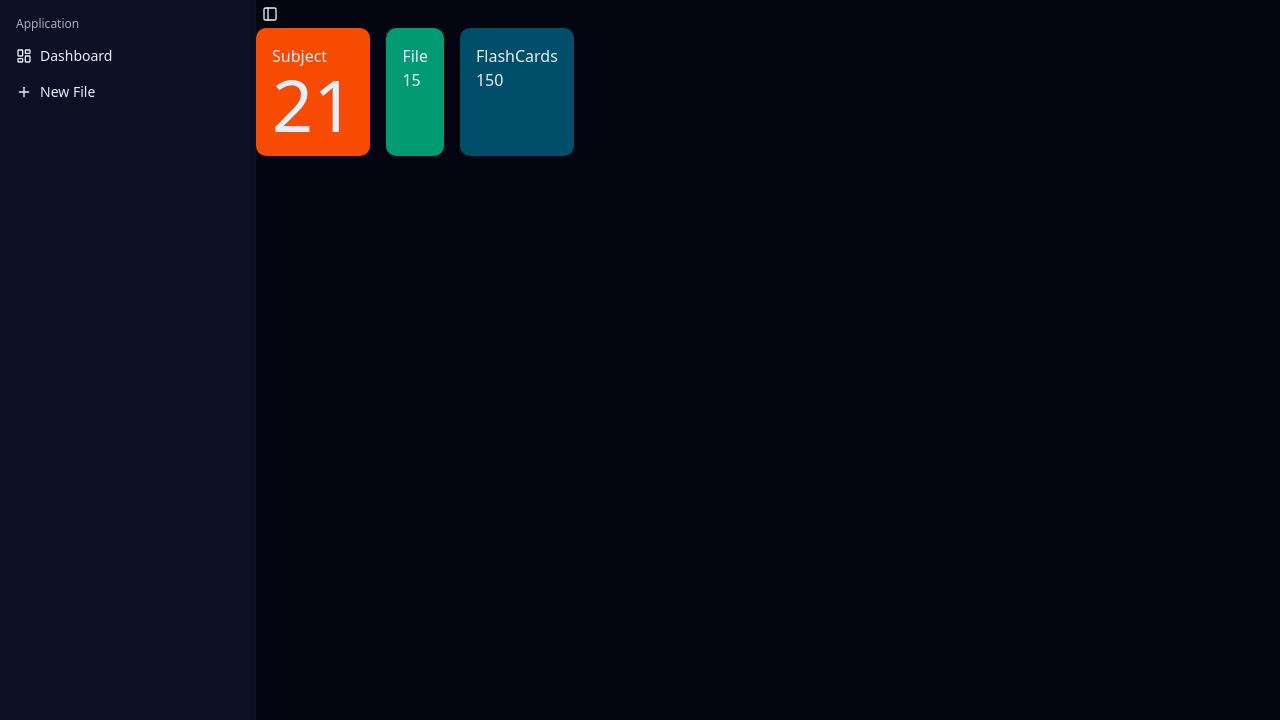
Repository: SywarDer/Student-Assistance
Page: /dashboard (app in student-assistant/)
An editor plug-in stored every save of this project. The page is shown before and after the next save, followed by the edit.
The browser window is 1280 px wide. The pictures show the whole page.
The project was rebuilt for these pictures with package versions that can differ from the ones it lists, and the page was loaded fresh each time. The framework's server and built-in components were replaced by stand-ins that run in the browser. Also part of the build but not shown: student-assistant/next.config.ts, student-assistant/components/ui/input.tsx, student-assistant/components/ui/separator.tsx, student-assistant/components/ui/skeleton.tsx. Imported but missing from the stored project, and not drawn on this page: student-assistant/components/ui/sheet.

Above is the page before, as saved 2025-10-30 19:54:04.

### student-assistant/app/layout.tsx
import type { Metadata } from "next";
import { Geist, Geist_Mono } from "next/font/google";
import "./globals.css";
import { SidebarProvider, SidebarTrigger } from "@/components/ui/sidebar";
import { AppSidebar } from "./home/components/navBar";

const geistSans = Geist({
  variable: "--font-geist-sans",
  subsets: ["latin"],
});

const geistMono = Geist_Mono({
  variable: "--font-geist-mono",
  subsets: ["latin"],
});

export const metadata: Metadata = {
  title: "Create Next App",
  description: "Generated by create next app",
};

export default function RootLayout({
children,
}: Readonly<{
  children: React.ReactNode;
}>) {
  return (
    <html lang="en">
      <body
        className={`${geistSans.variable} ${geistMono.variable} antialiased`}
      >
        <SidebarProvider>
      <AppSidebar />
      <main>
        <SidebarTrigger />
        {children}
         </main>
    </SidebarProvider>
      </body>
    </html>
  );
}

### student-assistant/app/dashboard/page.tsx
export default function Dashboard() {
    return (

        <div className="flex space-x-4">
            <div className="rounded-lg p-4" style={{
                backgroundColor: "var(--chart-1)",
                color: "var(--card-foreground)",
            }}>
                <h1 className="">Subject</h1>
                <h1 className="text-7xl">21</h1>
            </div>
            <div className="rounded-lg p-4" style={{
                backgroundColor: "var(--chart-2)",
                color: "var(--card-foreground)",
            }}>
                <h1>File</h1>
                <h1>15</h1>
            </div>
            <div className="rounded-lg p-4" style={{
                backgroundColor: "var(--chart-3)",
                color: "var(--card-foreground)",
            }}>
                <h1>FlashCards</h1>
                <h1>150</h1>
            </div>
        </div>

    )
}

### student-assistant/app/globals.css
@import "tailwindcss";
@import "tw-animate-css";

@custom-variant dark (&:is(.dark *));

@theme inline {
  --color-background: var(--background);
  --color-foreground: var(--foreground);
  --font-sans: var(--font-geist-sans);
  --font-mono: var(--font-geist-mono);
  --color-sidebar-ring: var(--sidebar-ring);
  --color-sidebar-border: var(--sidebar-border);
  --color-sidebar-accent-foreground: var(--sidebar-accent-foreground);
  --color-sidebar-accent: var(--sidebar-accent);
  --color-sidebar-primary-foreground: var(--sidebar-primary-foreground);
  --color-sidebar-primary: var(--sidebar-primary);
  --color-sidebar-foreground: var(--sidebar-foreground);
  --color-sidebar: var(--sidebar);
  --color-chart-5: var(--chart-5);
  --color-chart-4: var(--chart-4);
  --color-chart-3: var(--chart-3);
  --color-chart-2: var(--chart-2);
  --color-chart-1: var(--chart-1);
  --color-ring: var(--ring);
  --color-input: var(--input);
  --color-border: var(--border);
  --color-destructive: var(--destructive);
  --color-accent-foreground: var(--accent-foreground);
  --color-accent: var(--accent);
  --color-muted-foreground: var(--muted-foreground);
  --color-muted: var(--muted);
  --color-secondary-foreground: var(--secondary-foreground);
  --color-secondary: var(--secondary);
  --color-primary-foreground: var(--primary-foreground);
  --color-primary: var(--primary);
  --color-popover-foreground: var(--popover-foreground);
  --color-popover: var(--popover);
  --color-card-foreground: var(--card-foreground);
  --color-card: var(--card);
  --radius-sm: calc(var(--radius) - 4px);
  --radius-md: calc(var(--radius) - 2px);
  --radius-lg: var(--radius);
  --radius-xl: calc(var(--radius) + 4px);
}

:root {
  --radius: 0.625rem;

  /* Base dark background & text */
  --background: oklch(0.12 0.03 270);        /* Dark gray-blue */
  --foreground: oklch(0.95 0.02 260);        /* Soft white */

  /* Cards & popovers */
  --card: oklch(0.18 0.04 270);              /* Slightly lighter than background */
  --card-foreground: var(--foreground);
  --popover: oklch(0.18 0.04 270);
  --popover-foreground: var(--foreground);

  /* Primary & secondary */
  --primary: oklch(0.6 0.12 260);            /* Deep blue */
  --primary-foreground: var(--foreground);
  --secondary: oklch(0.45 0.08 280);         /* Soft purple */
  --secondary-foreground: var(--foreground);

  /* Muted & accents */
  --muted: oklch(0.2 0.03 270);
  --muted-foreground: oklch(0.7 0.02 260);
  --accent: oklch(0.65 0.15 350);            /* Magenta/pinkish accent */
  --accent-foreground: var(--foreground);

  /* Destructive actions */
  --destructive: oklch(0.6 0.25 30);         /* Dark red */
  --border: oklch(0.3 0.02 270 / 40%);
  --input: oklch(0.15 0.03 270);             /* Slightly darker than card */
  --ring: oklch(0.5 0.03 270);

  /* Charts */
  --chart-1: oklch(0.65 0.22 40);
  --chart-2: oklch(0.6 0.15 170);
  --chart-3: oklch(0.4 0.08 230);
  --chart-4: oklch(0.6 0.18 300);
  --chart-5: oklch(0.55 0.2 50);

  /* Sidebar */
  --sidebar: oklch(0.18 0.04 270);
  --sidebar-foreground: var(--foreground);
  --sidebar-primary: var(--primary);
  --sidebar-primary-foreground: var(--foreground);
  --sidebar-accent: var(--accent);
  --sidebar-accent-foreground: var(--foreground);
  --sidebar-border: oklch(0.3 0.02 270 / 40%);
  --sidebar-ring: oklch(0.5 0.03 270);
}

/* Optional light mode toggle */
.light {
  --background: oklch(0.98 0.02 260);       /* Light gray */
  --foreground: oklch(0.12 0.03 270);       /* Dark text */

  --card: oklch(0.99 0.03 260);
  --card-foreground: var(--foreground);
  --popover: oklch(0.99 0.03 260);
  --popover-foreground: var(--foreground);

  --primary: oklch(0.2 0.05 260);
  --primary-foreground: var(--foreground);
  --secondary: oklch(0.5 0.1 280);
  --secondary-foreground: var(--foreground);

  --muted: oklch(0.85 0.03 270);
  --muted-foreground: oklch(0.35 0.02 260);
  --accent: oklch(0.8 0.2 350);
  --accent-foreground: var(--foreground);

  --destructive: oklch(0.9 0.25 30);
  --border: oklch(0.8 0.02 270 / 30%);
  --input: oklch(0.95 0.03 260);
  --ring: oklch(0.7 0.03 270);

  --chart-1: oklch(0.65 0.22 40);
  --chart-2: oklch(0.6 0.15 170);
  --chart-3: oklch(0.4 0.08 230);
  --chart-4: oklch(0.6 0.18 300);
  --chart-5: oklch(0.55 0.2 50);

  --sidebar: oklch(0.95 0.03 260);
  --sidebar-foreground: var(--foreground);
  --sidebar-primary: var(--primary);
  --sidebar-primary-foreground: var(--foreground);
  --sidebar-accent: var(--accent);
  --sidebar-accent-foreground: var(--foreground);
  --sidebar-border: oklch(0.8 0.02 270 / 30%);
  --sidebar-ring: oklch(0.7 0.03 270);
}



@layer base {
  * {
    @apply border-border outline-ring/50;
  }
  body {
    @apply bg-background text-foreground;
  }
}

### student-assistant/app/home/components/navBar.tsx
import { Calendar, Home, Inbox, LayoutDashboardIcon, PlusIcon, Search, Settings } from "lucide-react"

import {
  Sidebar,
  SidebarContent,
  SidebarGroup,
  SidebarGroupContent,
  SidebarGroupLabel,
  SidebarMenu,
  SidebarMenuButton,
  SidebarMenuItem,
} from "@/components/ui/sidebar"


const items = [
  {
    title: "Dashboard",
    url: "/dashboard",
    icon: LayoutDashboardIcon,
  },
  {
    title: "New File",
    url: "/new-file",
    icon: PlusIcon,
  },

]

export function AppSidebar() {
  return (
    <Sidebar>
      <SidebarContent>
        <SidebarGroup>
          <SidebarGroupLabel>Application</SidebarGroupLabel>
          <SidebarGroupContent>
            <SidebarMenu>
              {items.map((item) => (
                <SidebarMenuItem key={item.title}>
                  <SidebarMenuButton asChild>
                    <a href={item.url}>
                      <item.icon />
                      <span>{item.title}</span>
                    </a>
                  </SidebarMenuButton>
                </SidebarMenuItem>
              ))}
            </SidebarMenu>
          </SidebarGroupContent>
        </SidebarGroup>
      </SidebarContent>
    </Sidebar>
  )
}

### student-assistant/components/ui/button.tsx
import * as React from "react"
import { Slot } from "@radix-ui/react-slot"
import { cva, type VariantProps } from "class-variance-authority"

import { cn } from "@/lib/utils"

const buttonVariants = cva(
  "inline-flex items-center justify-center gap-2 whitespace-nowrap rounded-md text-sm font-medium transition-all disabled:pointer-events-none disabled:opacity-50 [&_svg]:pointer-events-none [&_svg:not([class*='size-'])]:size-4 shrink-0 [&_svg]:shrink-0 outline-none focus-visible:border-ring focus-visible:ring-ring/50 focus-visible:ring-[3px] aria-invalid:ring-destructive/20 dark:aria-invalid:ring-destructive/40 aria-invalid:border-destructive",
  {
    variants: {
      variant: {
        default: "bg-primary text-primary-foreground hover:bg-primary/90",
        destructive:
          "bg-destructive text-white hover:bg-destructive/90 focus-visible:ring-destructive/20 dark:focus-visible:ring-destructive/40 dark:bg-destructive/60",
        outline:
          "border bg-background shadow-xs hover:bg-accent hover:text-accent-foreground dark:bg-input/30 dark:border-input dark:hover:bg-input/50",
        secondary:
          "bg-secondary text-secondary-foreground hover:bg-secondary/80",
        ghost:
          "hover:bg-accent hover:text-accent-foreground dark:hover:bg-accent/50",
        link: "text-primary underline-offset-4 hover:underline",
      },
      size: {
        default: "h-9 px-4 py-2 has-[>svg]:px-3",
        sm: "h-8 rounded-md gap-1.5 px-3 has-[>svg]:px-2.5",
        lg: "h-10 rounded-md px-6 has-[>svg]:px-4",
        icon: "size-9",
        "icon-sm": "size-8",
        "icon-lg": "size-10",
      },
    },
    defaultVariants: {
      variant: "default",
      size: "default",
    },
  }
)

function Button({
  className,
  variant,
  size,
  asChild = false,
  ...props
}: React.ComponentProps<"button"> &
  VariantProps<typeof buttonVariants> & {
    asChild?: boolean
  }) {
  const Comp = asChild ? Slot : "button"

  return (
    <Comp
      data-slot="button"
      className={cn(buttonVariants({ variant, size, className }))}
      {...props}
    />
  )
}

export { Button, buttonVariants }

### student-assistant/components/ui/tooltip.tsx
"use client"

import * as React from "react"
import * as TooltipPrimitive from "@radix-ui/react-tooltip"

import { cn } from "@/lib/utils"

function TooltipProvider({
  delayDuration = 0,
  ...props
}: React.ComponentProps<typeof TooltipPrimitive.Provider>) {
  return (
    <TooltipPrimitive.Provider
      data-slot="tooltip-provider"
      delayDuration={delayDuration}
      {...props}
    />
  )
}

function Tooltip({
  ...props
}: React.ComponentProps<typeof TooltipPrimitive.Root>) {
  return (
    <TooltipProvider>
      <TooltipPrimitive.Root data-slot="tooltip" {...props} />
    </TooltipProvider>
  )
}

function TooltipTrigger({
  ...props
}: React.ComponentProps<typeof TooltipPrimitive.Trigger>) {
  return <TooltipPrimitive.Trigger data-slot="tooltip-trigger" {...props} />
}

function TooltipContent({
  className,
  sideOffset = 0,
  children,
  ...props
}: React.ComponentProps<typeof TooltipPrimitive.Content>) {
  return (
    <TooltipPrimitive.Portal>
      <TooltipPrimitive.Content
        data-slot="tooltip-content"
        sideOffset={sideOffset}
        className={cn(
          "bg-foreground text-background animate-in fade-in-0 zoom-in-95 data-[state=closed]:animate-out data-[state=closed]:fade-out-0 data-[state=closed]:zoom-out-95 data-[side=bottom]:slide-in-from-top-2 data-[side=left]:slide-in-from-right-2 data-[side=right]:slide-in-from-left-2 data-[side=top]:slide-in-from-bottom-2 z-50 w-fit origin-(--radix-tooltip-content-transform-origin) rounded-md px-3 py-1.5 text-xs text-balance",
          className
        )}
        {...props}
      >
        {children}
        <TooltipPrimitive.Arrow className="bg-foreground fill-foreground z-50 size-2.5 translate-y-[calc(-50%_-_2px)] rotate-45 rounded-[2px]" />
      </TooltipPrimitive.Content>
    </TooltipPrimitive.Portal>
  )
}

export { Tooltip, TooltipTrigger, TooltipContent, TooltipProvider }

Loaded but not shown: student-assistant/hooks/use-mobile.ts (common file); student-assistant/lib/utils.ts (common file); student-assistant/components/ui/sidebar.tsx (726 lines, source omitted)

After the next save:
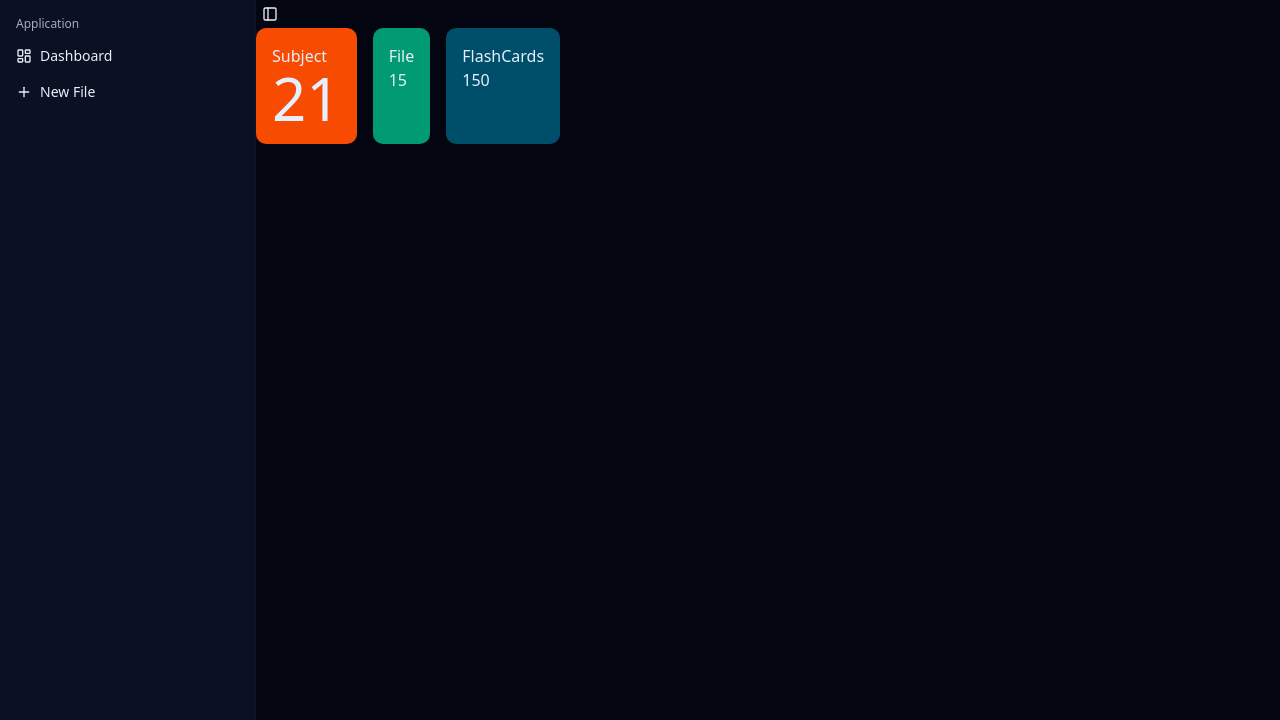
Saved 6 s later.
--- a/student-assistant/app/dashboard/page.tsx
+++ b/student-assistant/app/dashboard/page.tsx
@@ -7,7 +7,7 @@ export default function Dashboard() {
                 color: "var(--card-foreground)",
             }}>
                 <h1 className="">Subject</h1>
-                <h1 className="text-7xl">21</h1>
+                <h1 className="text-6xl">21</h1>
             </div>
             <div className="rounded-lg p-4" style={{
                 backgroundColor: "var(--chart-2)",
